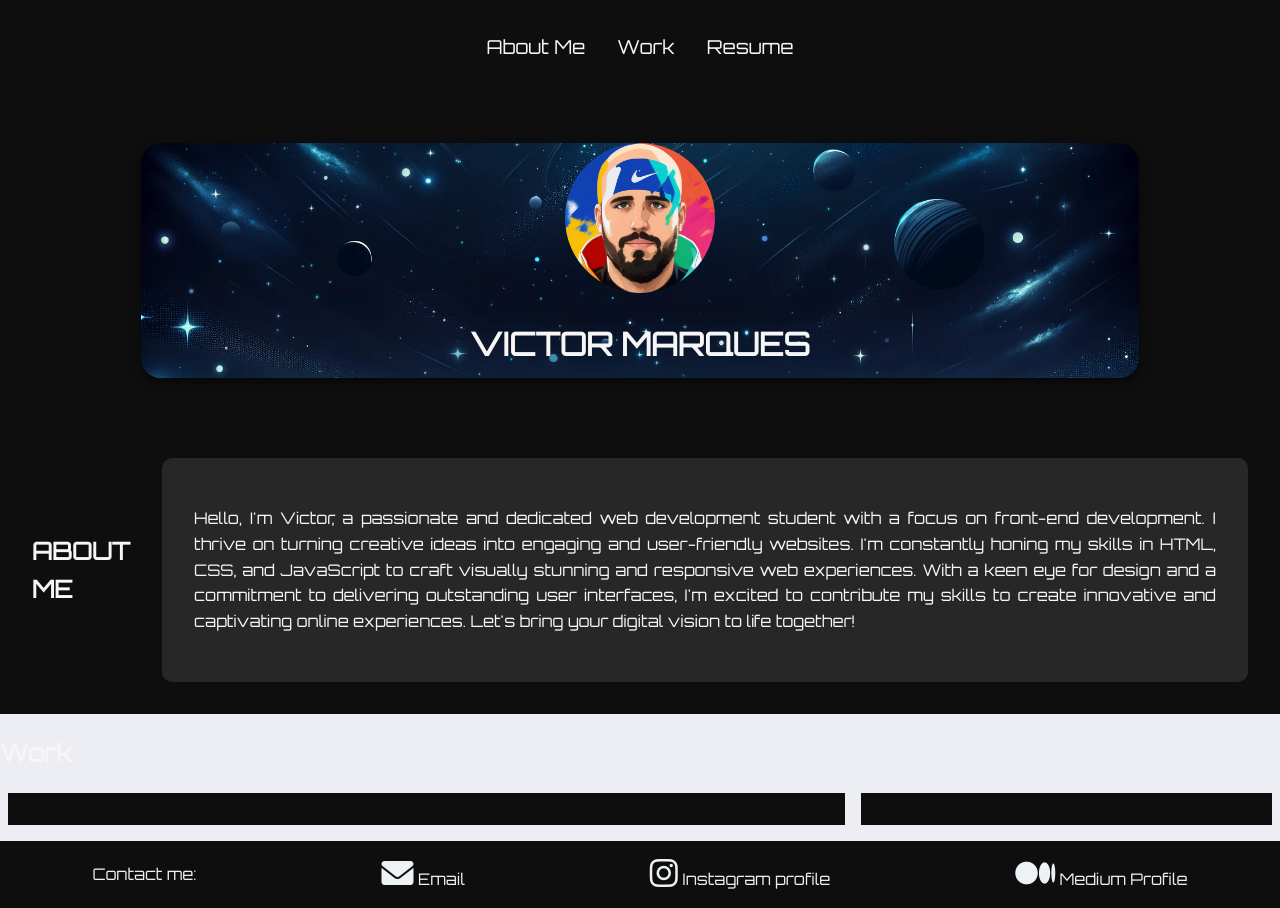
Repository: uvee35/Challenge2-Victor
Page: index.html
The author's editor kept a copy of each file at every save. The page is drawn from the files as they stood at one save, then again after the next save.
The browser window is 1280 px wide. The pictures show the whole page.

Above is the page before, as saved 2023-12-11 22:39:28.

### index.html
<!DOCTYPE html>
<html lang="en-gb">
  <head>
    <meta charset="UTF-8" />
    <meta name="viewport" content="width=device-width, initial-scale=1.0" />
    <meta http-equiv="X-UA-Compatible" content="ie=edge" />
    <title>Victor Marques Portfolio</title>
    <link rel="stylesheet" href="assets/style.css" />
    <link
      href="https://cdnjs.cloudflare.com/ajax/libs/font-awesome/6.0.0-beta3/css/all.min.css"
      rel="stylesheet"
    />
    <link
      href="https://fonts.googleapis.com/css?family=Orbitron&display=swap"
      rel="stylesheet"
    />
  </head>

  <body>
    <header class="header">
      <nav class="header__nav">
        <ul class="nav__list">
          <li class="nav__item">
            <a href="#about" class="nav__link">About Me</a>
          </li>
          <li class="nav__item"><a href="#work" class="nav__link">Work</a></li>
          <li class="nav__item">
            <a href="#resume" class="nav__link">Resume</a>
          </li>
        </ul>
      </nav>
    </header>

    <section class="hero-banner">
      <div class="hero-banner__content">
        <img src="..///assets/victor.JPG" alt="Victor" class="about__image" />
        <h1>VICTOR MARQUES</h1>
      </div>
    </section>

    <main class="page-wrapper">
      <section class="about-section">
        <h2 class="about-title">ABOUT ME</h2>
        <div class="about-box">
          <p class="about-me-text">
            Hello, I'm Victor, a passionate and dedicated web development
            student with a focus on front-end development. I thrive on turning
            creative ideas into engaging and user-friendly websites. I'm
            constantly honing my skills in HTML, CSS, and JavaScript to craft
            visually stunning and responsive web experiences. With a keen eye
            for design and a commitment to delivering outstanding user
            interfaces, I'm excited to contribute my skills to create innovative
            and captivating online experiences. Let's bring your digital vision
            to life together!
          </p>
        </div>
      </section>

      <section class="page-section" id="work">
        <h2>Work</h2>
        <div class="work__projects">
          <a class="project project--featured"></a>
          <div class="project">
            <!-- Other project content -->
          </div>
          <!-- Repeat for other projects as necessary -->
        </div>
      </section>
    </main>

    <footer class="footer">
      <div class="footer__contact-info">
        <span class="footer__contact-header">Contact me: </span>
        <a href="mailto:victormarquesrina@hotmail.com" class="contact-link">
          <i class="fas fa-envelope social-icon"></i>
          <span>Email</span>
        </a>
        <a href="https://www.instagram.com/Uvee35" class="contact-link">
          <i class="fab fa-instagram social-icon"></i>
          <span>Instagram profile</span>
        </a>
        <a href="https://medium.com/@victor5.vm58" class="contact-link">
          <i class="fab fa-medium social-icon"></i>
          <span>Medium Profile</span>
        </a>
      </div>
    </footer>
  </body>
</html>

### assets/style.css
:root {
  --primary-color: #edeef3;
  --secondary-color: #0e0e0e;
  --accent-color: #edf2f4;
  --font-color: #f6f6f6;
  --font-family: 'Orbitron', sans-serif;
}

*,
*::before,
*::after {
  box-sizing: border-box;
}

body {
  font-family: var(--font-family);
  color: var(--font-color);
  background-color: var(--primary-color);
  line-height: 1.6;
  margin: 0;
  padding: 0;
  display: flex;
  flex-direction: column;
  min-height: 100vh;
}

.header {
  display: flex;
  justify-content: center; /* This will center the navigation items */
  align-items: center; /* This will vertically center the items if the header has a specific height */
  padding: 1rem;
  background-color: #0e0e0e;
}


.nav__list {
  display: flex;
  justify-content: center; /* Center the list items horizontally */
  align-items: center; /* Center the list items vertically */
  list-style: none;
  padding: 0; /* Remove default padding */
}


.nav__item {
  margin: 0 1rem;
}

.nav__link {
  color: var(--font-color);
  text-decoration: none;
  font-size: 1.2rem;
}

.hero-banner {
  padding: 1rem; /* Reduced padding */
  text-align: center; /* Center content */
  background-color: #0e0e0e;
}

.hero-banner__content {
  /* If you want to limit the width of the content area */
  max-width: 600px; /* Adjust as needed */
  margin: auto; /* Center the content area if max-width is set */
  background-image: url(..//assets/background.png);
  background-size: cover;
  background-position: center;
  padding: 0rem 0; /* Adjust the padding to resize the section */
  text-align: center;
  display: flex;
  flex-direction: column; /* Stack children vertically */
  align-items: center; /* Center-align children horizontally */
  justify-content: center; /* Center-align children vertically */
  border-radius: 20px; /* Add rounded corners */
  margin: 2rem; /* Add some margin around the section */
  box-shadow: 0 4px 8px rgba(0, 0, 0, 0.5); /* Optional: Add shadow for depth */
  width: 80%; /* Adjust width to your liking */
  max-width: 1200px; /* Optional: Set a max-width */
  margin-left: auto; /* Margins auto for center alignment */
  margin-right: auto;
}


.hero-banner h1 {
  font-size: 2rem; /* Smaller font size for the main heading */
  margin-bottom: 0.5rem; /* Adjust spacing as needed */

}




.about__image {
  width: 150px; /* New, smaller width */
  height: 150px; /* New, smaller height */
  border-radius: 50%; /* To keep the circular shape */
  object-fit: cover; /* To maintain aspect ratio */
}


.about-section {
  background-color: var(--secondary-color);
  padding: 2rem;
  display: flex;
  justify-content: space-between;
  align-items: center;

}

.about-title {
  color: var(--font-color);
  font-size: 1.5rem;
  margin-right: 2rem; /* Adjust space between title and box */
}

.about-box {
  flex-grow: 1;
  background: rgba(255, 255, 255, 0.1); /* Semi-transparent white */
  padding: 2rem;
  border-radius: 10px;
  color: var(--font-color);
  font-size: 1rem;
  text-align: justify;
}

.work__projects {
  display: flex;
  flex-wrap: wrap;
  gap: 1rem;
  justify-content: center;
}

.project {
  background-color: var(--secondary-color);
  padding: 1rem;
  width: calc(33.333% - 1rem);
  margin-bottom: 1rem;
}

.project--featured {
  width: calc(66.666% - 1rem);
}

.project img {
  max-width: 100%;
  height: auto;
  border: 3px solid var(--accent-color);
}

.footer {
  background-color: var(--secondary-color);
  color: var(--primary-color);
  text-align: center;
  padding: 1rem 0;
  display: flex;
  justify-content: space-around;
  align-items: center;
  margin-top: auto; /* Pushes the footer to the bottom */
}

.footer a {
  color: var(--primary-color);
  text-decoration: none;
}

.footer__contact-info {
  display: flex;
  justify-content: space-around;
  align-items: center;
  width: 100%;
}

.social-icon {
  font-size: 2rem;
  color: var(--accent-color);
}

/* Media Queries for Responsive Design */
@media (max-width: 768px) {
  .project {
    width: calc(50% - 1rem);
  }

  .project--featured {
    width: 100%;
  }

  .about-box {
    width: 100%;
  }
}

@media (max-width: 480px) {
  .nav__list {
    flex-direction: column;
    align-items: center;
  }

  .nav__item {
    margin-bottom: 0.5rem;
  }

  .project,
  .project--featured {
    width: 100%;
  }

  .about-section {
    flex-direction: column;
    text-align: center;
  }

  .about-title {
    margin: 0 0 1rem 0;
  }
}

After the next save:
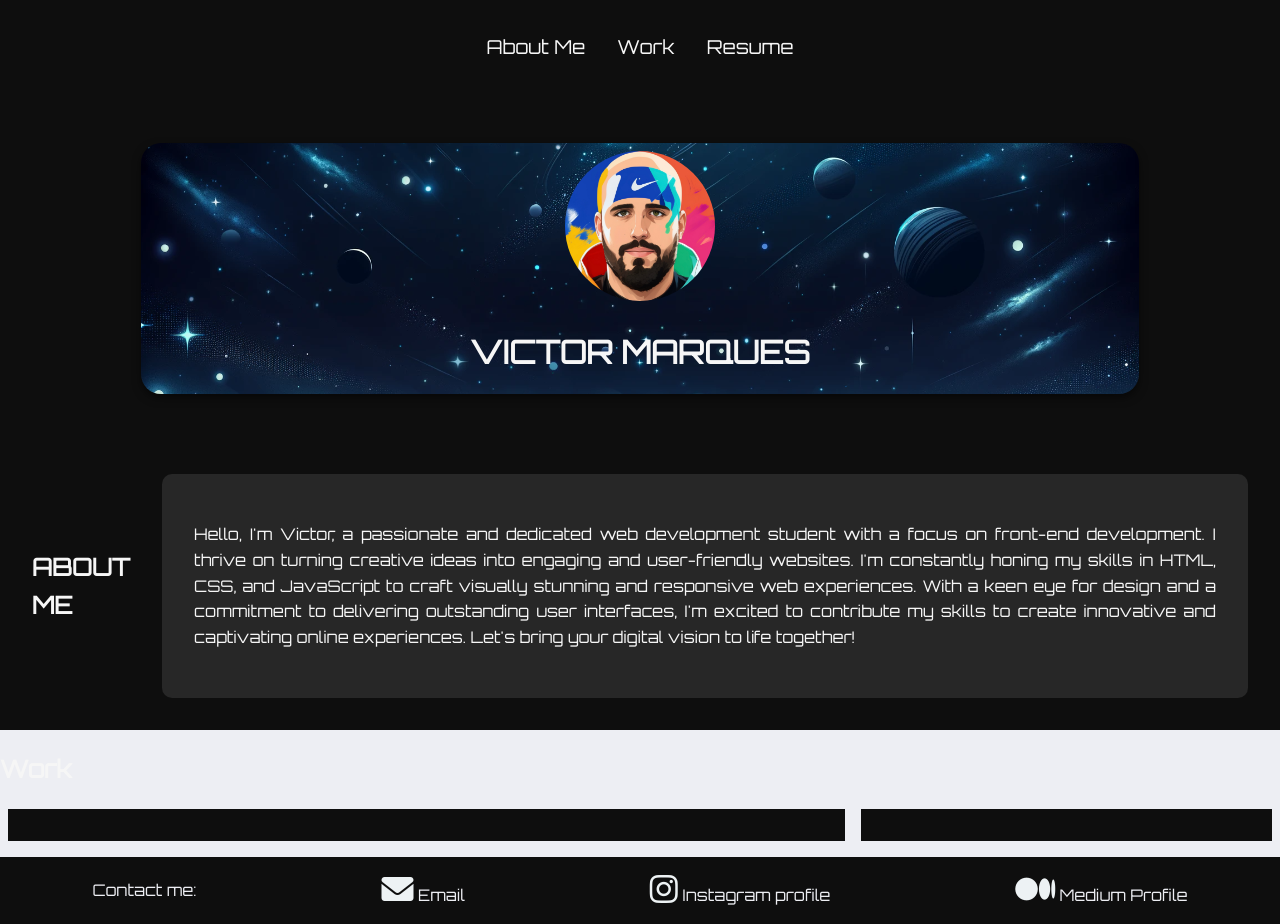
Saved 16 s later.
--- a/assets/style.css
+++ b/assets/style.css
@@ -65,7 +65,7 @@
   background-image: url(..//assets/background.png);
   background-size: cover;
   background-position: center;
-  padding: 0rem 0; /* Adjust the padding to resize the section */
+  padding: 0.5rem 0; /* Adjust the padding to resize the section */
   text-align: center;
   display: flex;
   flex-direction: column; /* Stack children vertically */
